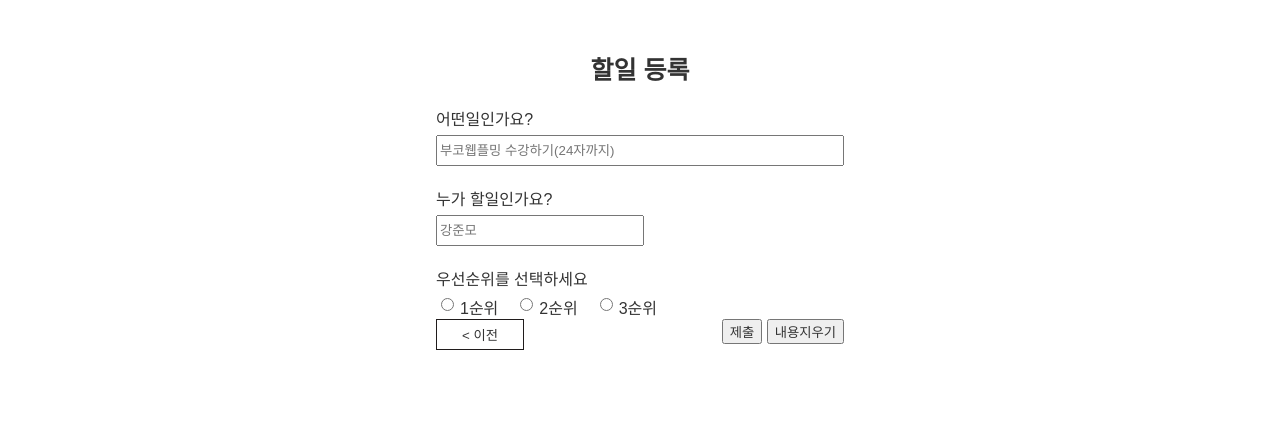
Repository: JmKanmo/BoostCourse_WebProgramming
Page: http://localhost/Todo/TodoFormServlet
The author's editor kept a copy of each file at every save. The page is drawn from the files as they stood at one save, then again after the next save.
The browser window is 1280 px wide. The pictures show the whole page.
The page is served by Tomcat 9. Other server files are loaded and not shown.

Above is the page before, as saved 2020-01-21 01:50:14.

### Todo/src/main/webapp/todoForm.jsp
<%@ page language="java" contentType="text/html; charset=UTF-8"
	pageEncoding="UTF-8"%>
<!DOCTYPE html>
<html>
<head>
<meta charset="UTF-8">
<title>Insert title here</title>
<link rel="stylesheet" href="./css/todoForm.css">
</head>

<body>
	<div class="wrap">
		<form action="http://localhost:8080/Todo/TodoAddServlet" method="POST">
			<h1 class="title">할일 등록</h1>

			<div class="work_box">
				<label for="work">어떤일인가요?</label> <input type="text" id="work"
					class="workInput" placeholder="부코웹플밍 수강하기(24자까지)" required
					maxlength="24" />
			</div>

			<div class="who_box">
				<label for="who">누가 할일인가요?</label> <input type="text" id="who"
					class="whoInput" placeholder="강준모" required />
			</div>

			<div class="priority_box clear_fix">
				<label for="priority_1th">우선순위를 선택하세요</label>

				<div class="priority clear_fix">
					<input type="radio" id="priority_1th" name="priority" value="1th">
					<label for="priority_1th">1순위</label>
				</div>

				<div class="priority clear_fix">
					<input type="radio" id="priority_2th" name="priority" value="2th">
					<label for="priority_2th">2순위</label>
				</div>

				<div class="priority clear_fix">
					<input type="radio" id="priority_3th" name="priority" value="3th">
					<label for="priority_3th">3순위</label>
				</div>
			</div>

			<div class="button_box clear_fix">
				<button type="button" class="prev_btn" value="뒤로가기" onclick="history.back();">
					<p>< 이전</p>
				</button>

				<div class="btn_group clear_fix">
					<button class="submit_btn" type="submit" value="result">
						<p>제출</p>
					</button>
					<button class="reset_btn" type="reset" value="Reset">
						<p>내용지우기</p>
					</button>
				</div>
			</div>
		</form>
	</div>
</body>
</html>

### Todo/src/main/java/Todo/TodoFormServlet.java
package Todo;

import java.io.IOException;

import javax.servlet.RequestDispatcher;
import javax.servlet.ServletException;
import javax.servlet.annotation.WebServlet;
import javax.servlet.http.HttpServlet;
import javax.servlet.http.HttpServletRequest;
import javax.servlet.http.HttpServletResponse;

/**
 * Servlet implementation class TodoFormServlet
 */
@WebServlet("/TodoFormServlet")
public class TodoFormServlet extends HttpServlet {
	private static final long serialVersionUID = 1L;

	/**
	 * @see HttpServlet#HttpServlet()
	 */
	public TodoFormServlet() {
		super();
		// TODO Auto-generated constructor stub
	}

	/**
	 * @see HttpServlet#doGet(HttpServletRequest request, HttpServletResponse
	 *      response)
	 */
	protected void doGet(HttpServletRequest request, HttpServletResponse response)
			throws ServletException, IOException {
		// TODO Auto-generated method stub
		RequestDispatcher requestDispatcher = getServletContext().getRequestDispatcher("/todoForm.jsp");
		requestDispatcher.forward(request, response);
	}

}

### Todo/src/main/webapp/css/todoForm.css
@charset "utf-8";

/* 초기화 */
html, body, h1, h2, h3, ul, ol, p, a, dl, dt, dd, figure {
	margin: 0;
	padding: 0;
	font-family: '나눔 고딕', NanumGothic, '돋움', Dotum, sans-serif;
	list-style: none;
	font-weight: normal;
	text-decoration: none;
	outline: none;
	color: #333;
}

.clear_fix::after {
	display: block;
	content: "";
	clear: both;
}

.blind {
	position: absolute;
	clip: rect(0, 0, 0, 0);
	width: 1px;
	height: 1px;
	margin: -1px;
	overflow: hidden;
}

.wrap {
	width: max-content;
	margin: 50px auto;
}

.wrap .title {
	font-size: 25px;
	text-align: center;
	font-weight: bold;
	text-align: center;
}

.work_box, .who_box, .priority_box{
	margin-top: 20px;
}

.work_box input {
	width: 400px;
	height: 25px;
	margin-top: 5px;
}

.wrap label {
	display: block;
}

.who_box input {
	margin-top: 5px;
	height: 25px;
	width: 200px;
	height: 25px;
}

.priority_box .priority {
	margin-top: 5px;
	float: left;
}

.priority label, .priority input {
	float: left;
}

.priority label {
	position: relative;
	left: 3px;
}

.priority:nth-child(n+3) {
	margin-left: 20px;
}

.button_box .prev_btn {
	float: left;
	background-color: #fff;
	border: 1px solid #201c1c;
	padding: 5px 25px;
}

.button_box .btn_group {
	float: right;
}

After the next save:
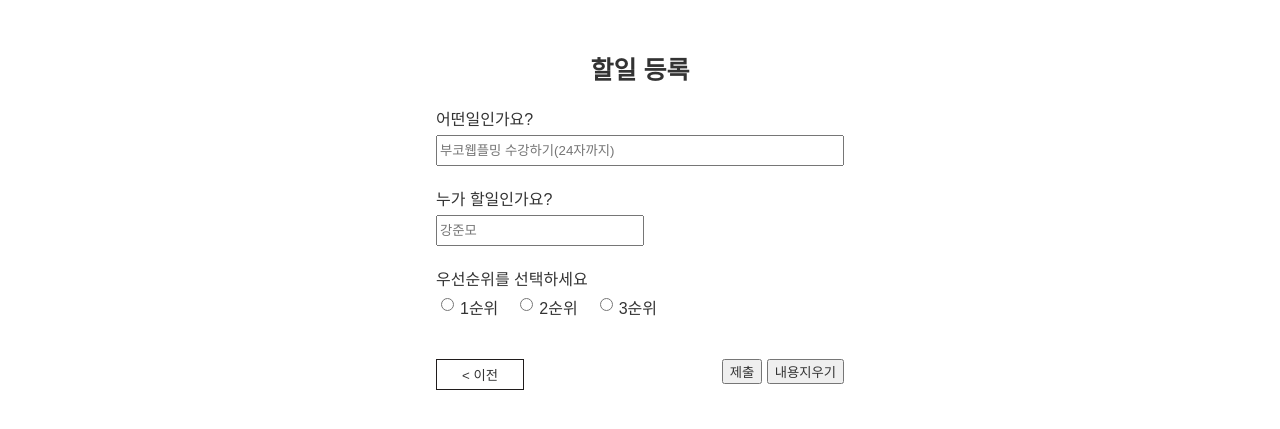
Saved 25 s later.
--- a/Todo/src/main/webapp/css/todoForm.css
+++ b/Todo/src/main/webapp/css/todoForm.css
@@ -39,7 +39,7 @@ html, body, h1, h2, h3, ul, ol, p, a, dl, dt, dd, figure {
 	text-align: center;
 }
 
-.work_box, .who_box, .priority_box{
+.work_box, .who_box, .priority_box {
 	margin-top: 20px;
 }
 
@@ -78,6 +78,10 @@ html, body, h1, h2, h3, ul, ol, p, a, dl, dt, dd, figure {
 	margin-left: 20px;
 }
 
+.button_box {
+	margin-top: 40px;
+}
+
 .button_box .prev_btn {
 	float: left;
 	background-color: #fff;
